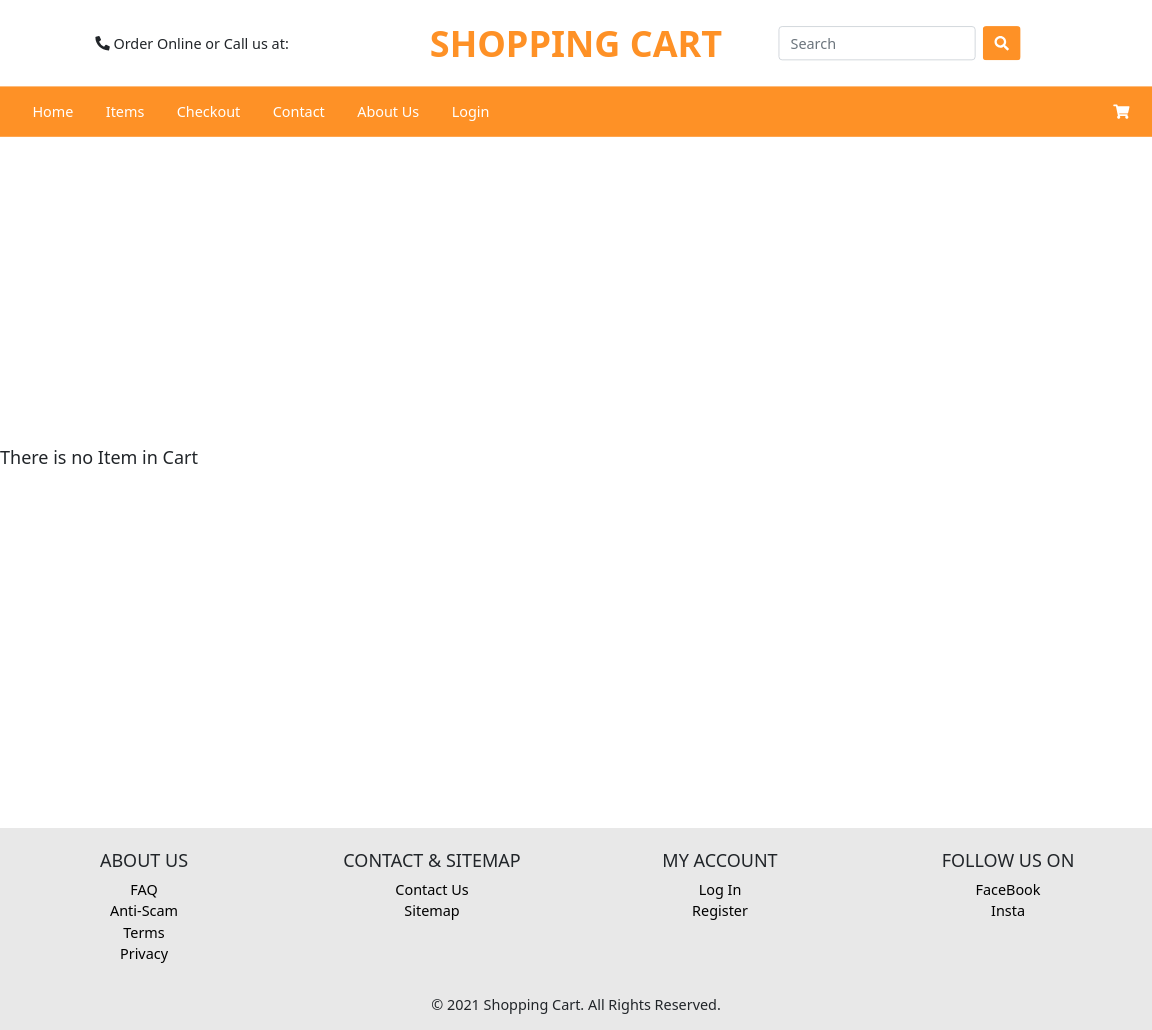
Repository: SaudCh/React-Ecommerce
Page: /cart
An editor plug-in stored every save of this project. The page is shown before and after the next save, followed by the edit.
The browser window is 1280 px wide. The pictures show the whole page, at 90% of full size.
The project was rebuilt for these pictures with package versions that can differ from the ones it lists, and the page was loaded fresh each time. Also part of the build but not shown: src/App.css, src/Home/Carousel.jsx, src/data/items.js, src/data/discounted.js, src/Home/Card.jsx, src/Home/home.jsx, src/Login/Login.jsx, src/Register/register.jsx and 3 more.

Above is the page before, as saved 2021-12-22 15:38:28.

### src/App.js
import "./App.css";
import Header from "./Header/Header";
import "../node_modules/bootstrap/dist/css/bootstrap.min.css";
import "../node_modules/bootstrap/dist/js/bootstrap.bundle.min";
import Home from "./Home/home";
import { BrowserRouter, Switch, Route } from "react-router-dom";
import Login from "./Login/Login";
import Register from "./Register/register";
import Item from "./Item/item";
import Footer from "./Footer/Footer";
import React, { useState } from "react";
import Cart from "./Cart/Cart";
import CheckOut from "./CheckOut/CheckOut";

function App() {
  const [cart, setCart] = useState([]);
  const cartHandler = (prod) => {
    //console.log(prod);
    setCart((product) => [...product, prod]);
    //console.log(cart);
  };
  const removeCart = (id) => {
    //console.log(id);
    setCart((c) => {
      return c.filter((ca) => ca.id !== id);
    });
  };
  return (
    <BrowserRouter>
      <Header cart={cart} />
      <Switch>
        <Route path="/" exact>
          <Home cartHandler={cartHandler} />
        </Route>
        <Route path="/product/:pid" exact>
          <Item />
        </Route>
        <Route path="/login" exact>
          <Login />
        </Route>
        <Route path="/register" exact>
          <Register />
        </Route>
        <Route path="/cart" exact>
          {/* <Register /> */}
          <Cart cart={cart} removeCart={removeCart} />
        </Route>
        <Route path="/checkout" exact>
          <CheckOut />
        </Route>
      </Switch>
      <Footer />
    </BrowserRouter>
  );
}

export default App;

### src/Header/Header.jsx
import {
  faPhoneAlt,
  faSearch,
  faShoppingCart,
} from "@fortawesome/free-solid-svg-icons";
import { FontAwesomeIcon } from "@fortawesome/react-fontawesome";
import React from "react";
import { Link } from "react-router-dom";
import "./Header.css";

export default function Header(props) {
  return (
    <div>
      <nav className="container-fluid  my-4">
        <div className="row align-items-center">
          <div className="col-12 col-md-4 my-2 my-lg-0 text-center ">
            <p className="m-0 p-0">
              <FontAwesomeIcon icon={faPhoneAlt} /> Order Online or Call us at:{" "}
            </p>
          </div>
          <div className="col-12 col-md-4 my-2 my-lg-0 text-center">
            <p className="m-0 fw-bold h1" style={{ color: "#fe9126" }}>
              SHOPPING CART
            </p>
          </div>
          <div className="col-12 col-md-4 my-2 my-lg-0 text-center">
            <form class="d-flex col-12 col-lg-8">
              <input
                class="form-control me-2"
                type="search"
                placeholder="Search"
                aria-label="Search"
              />
              <button
                class="btn text-white"
                style={{ backgroundColor: "#fe9126" }}
                type="submit"
              >
                <FontAwesomeIcon icon={faSearch} />
              </button>
            </form>
          </div>
        </div>
      </nav>
      <nav
        class="navbar navbar-expand-md navbar-dark"
        style={{ backgroundColor: "#fe9126" }}
      >
        <div class="container-fluid">
          <Link class="navbar-brand" href="#"></Link>

          <button
            class="navbar-toggler"
            type="button"
            data-bs-toggle="collapse"
            data-bs-target="#navbarSupportedContent"
            aria-controls="navbarSupportedContent"
            aria-expanded="false"
            aria-label="Toggle navigation"
          >
            <span class="navbar-toggler-icon"></span>
          </button>
          <div class="collapse navbar-collapse" id="navbarSupportedContent">
            <ul class="navbar-nav me-auto mb-2 mb-lg-0 nav-ul">
              <li class="nav-item">
                <Link class="nav-link  text-white" aria-current="page" to="/">
                  Home
                </Link>
              </li>
              <li class="nav-item">
                <Link class="nav-link  text-white" to="#">
                  Items
                </Link>
              </li>

              <li class="nav-item">
                <Link
                  class="nav-link text-white"
                  to="#"
                  tabindex="-1"
                  aria-disabled="true"
                >
                  Checkout
                </Link>
              </li>
              <li class="nav-item">
                <Link
                  class="nav-link text-white"
                  to="#"
                  tabindex="-1"
                  aria-disabled="true"
                >
                  Contact
                </Link>
              </li>
              <li class="nav-item">
                <Link
                  class="nav-link text-white"
                  to="#"
                  tabindex="-1"
                  aria-disabled="true"
                >
                  About Us
                </Link>
              </li>
              <li class="nav-item">
                <Link
                  class="nav-link text-white"
                  to="/login"
                  tabindex="-1"
                  aria-disabled="true"
                >
                  Login
                </Link>
              </li>
            </ul>
            <Link to="/cart" className="btn text-white">
              <FontAwesomeIcon icon={faShoppingCart} />
              {props.cart.length ? (
                <span
                  className="bg-danger"
                  style={{
                    borderRadius: "50%",
                    position: "absolute",
                    top: 10,
                    right: 10,
                    height: 20,
                    width: 20,
                    display: "flex",
                    alignItems: "center",
                    justifyContent: "center",
                  }}
                >
                  {props.cart.length}
                </span>
              ) : null}
            </Link>
          </div>
        </div>
      </nav>
    </div>
  );
}

### src/Footer/Footer.jsx
import React from "react";
import "./footer.css";

export default function Footer() {
  return (
    <footer
      style={{ backgroundColor: "#e8e8e8" }}
      class="page-footer font-small blue pt-4 mt-5"
    >
      <div class="container-fluid text-center text-md-left">
        <div class="row">
          <div class="col-md-3 mb-md-0 mb-3">
            <h5 class="text-uppercase">ABOUT US</h5>

            <ul class="list-unstyled">
              <li>
                <a href="#!">FAQ</a>
              </li>
              <li>
                <a href="#!">Anti-Scam</a>
              </li>
              <li>
                <a href="#!">Terms</a>
              </li>
              <li>
                <a href="#!">Privacy</a>
              </li>
            </ul>
          </div>
          <div class="col-md-3 mb-md-0 mb-3">
            <h5 class="text-uppercase">CONTACT & SITEMAP</h5>

            <ul class="list-unstyled">
              <li>
                <a href="#!">Contact Us</a>
              </li>
              <li>
                <a href="#!">Sitemap</a>
              </li>
            </ul>
          </div>
          <div class="col-md-3 mb-md-0 mb-3">
            <h5 class="text-uppercase">MY ACCOUNT</h5>

            <ul class="list-unstyled">
              <li>
                <a href="#!">Log In</a>
              </li>
              <li>
                <a href="#!">Register</a>
              </li>
            </ul>
          </div>

          <div class="col-md-3 mb-md-0 mb-3">
            <h5 class="text-uppercase">FOLLOW US ON</h5>

            <ul class="list-unstyled">
              <li>
                <a href="#!">FaceBook</a>
              </li>
              <li>
                <a href="#!">Insta</a>
              </li>
            </ul>
          </div>
        </div>
      </div>

      <div class="footer-copyright text-center py-3">
        © 2021 Shopping Cart. All Rights Reserved.
      </div>
    </footer>
  );
}

### src/Cart/Cart.jsx
import { faArrowRight, faTrash } from "@fortawesome/free-solid-svg-icons";
import { FontAwesomeIcon } from "@fortawesome/react-fontawesome";
import React from "react";

export default function Cart(props) {
  if (props.cart.length === 0) {
    return (
      <div className="d-flex align-items-center" style={{ height: "100vh" }}>
        <h5>There is no Item in Cart</h5>
      </div>
    );
  }
  return (
    <div className="p-5">
      <table class="table align-middle">
        <thead>
          <tr>
            <th scope="col">#</th>
            <th scope="col">Image</th>
            <th scope="col">Name</th>
            <th scope="col">Price</th>
            <th scope="col">Quantity</th>
            <th scope="col">Options</th>
          </tr>
        </thead>
        <tbody>
          {props.cart.map((e, index) => (
            <tr>
              <th scope="row">{index + 1}</th>
              <td>
                <img src={e.img} width={80} alt="" />
              </td>
              <td>{e.name}</td>
              <td>{e.price}</td>
              <td>
                <div className="d-flex">
                  <p
                    className="bg-danger text-white"
                    style={{ width: 20, paddingLeft: "7px" }}
                  >
                    -
                  </p>
                  <p className="mx-2">1</p>
                  <p
                    className="bg-info text-white"
                    style={{ width: 20, paddingLeft: "5px" }}
                  >
                    +
                  </p>
                </div>
              </td>
              <td>
                <button
                  onClick={() => props.removeCart(e.id)}
                  className="btn btn-danger btn-sm"
                >
                  <FontAwesomeIcon icon={faTrash} />
                </button>
              </td>
            </tr>
          ))}
        </tbody>
      </table>
      {props.cart.length ? (
        <div
          className="bg-danger d-flex justify-content-center rounded "
          style={{
            position: "absolute",
            right: "30px",
            width: 250,
            height: 30,
            paddingTop: 1,
          }}
        >
          <p className="text-white fw-bold">
            Total: 100Rs Continue <FontAwesomeIcon icon={faArrowRight} />
          </p>
        </div>
      ) : null}
    </div>
  );
}

### src/Header/Header.css
.nav-ul li {
  margin-right: 20px;
}

### src/Footer/footer.css
* {
  margin: 0;
  padding: 0;
}
.links {
  color: black;
  text-decoration: none;
}
.links:hover {
  color: black;
}

footer a {
  color: black;
  text-decoration: none;
}
footer a:hover {
  color: black;
}

Loaded but not shown: public/index.html (common file); src/index.js (common file); src/reportWebVitals.js (common file)

After the next save:
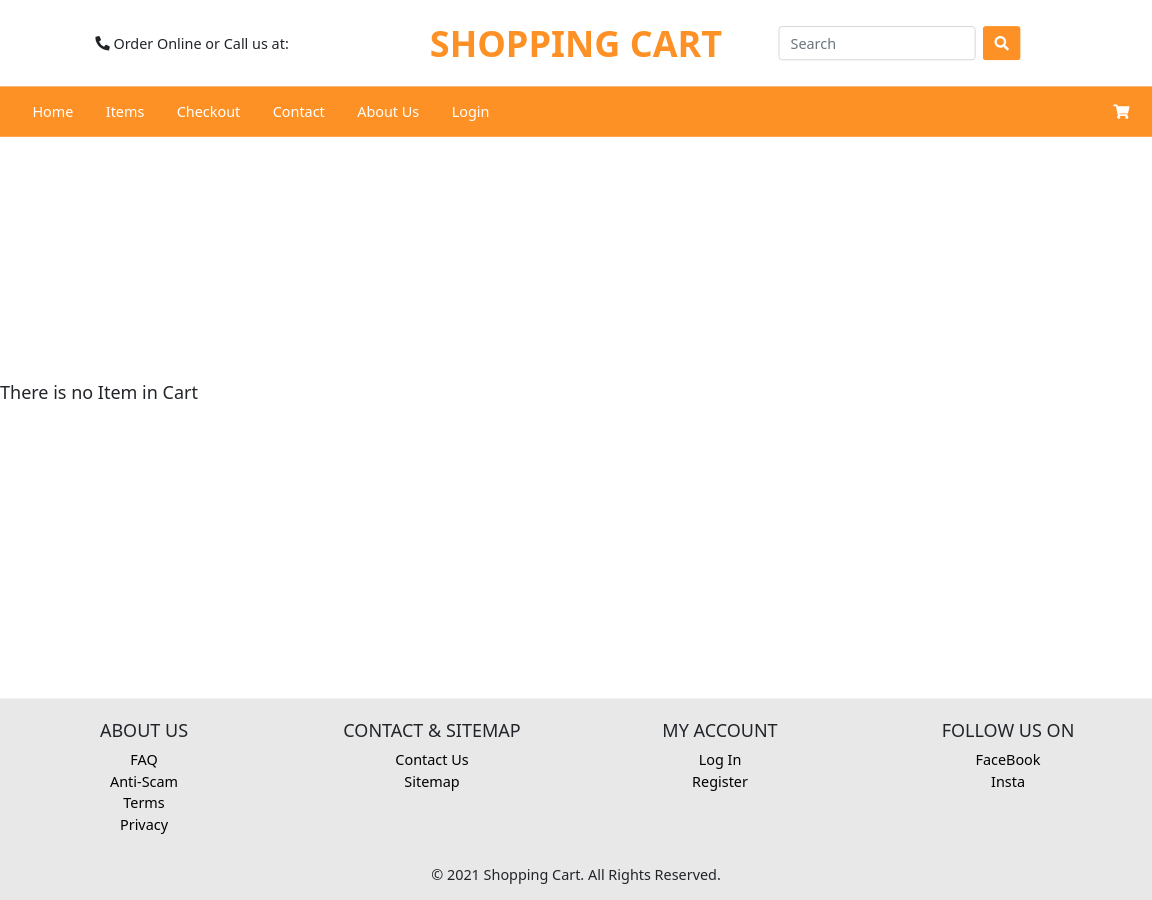
Saved 6 s later.
--- a/src/Cart/Cart.jsx
+++ b/src/Cart/Cart.jsx
@@ -5,7 +5,7 @@ import React from "react";
 export default function Cart(props) {
   if (props.cart.length === 0) {
     return (
-      <div className="d-flex align-items-center" style={{ height: "100vh" }}>
+      <div className="d-flex align-items-center" style={{ height: "80vh" }}>
         <h5>There is no Item in Cart</h5>
       </div>
     );
